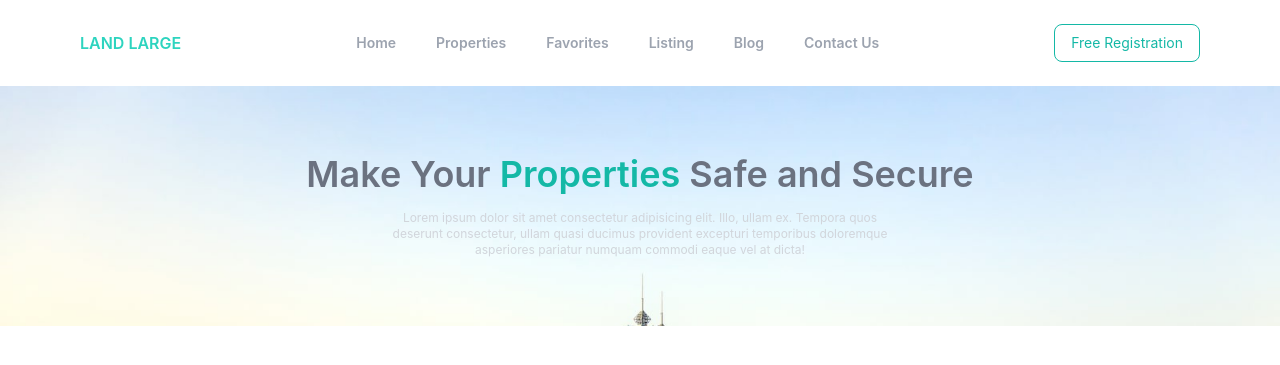
Repository: MuniruIssah/realestate
Page: /
These files come from the project's save history. The page is drawn as it stood at one moment and after a run of saves; the edit follows.
The browser window is 1280 px wide. The pictures show the whole page.
The project was rebuilt for these pictures with package versions that can differ from the ones it lists, and the page was loaded fresh each time. Also part of the build but not shown: src/App.css.

Above is the page before, as saved 2022-02-19 22:02:17.

### src/App.js
import logo from './logo.svg';
import './App.css';
import Header from './components/Header';
import Jumbotron from './components/Jumbotron';

function App() {
  return (
    <div className="h-screen">
      <Header/>
      <Jumbotron/>

    </div>
  );
}

export default App;

### src/components/Header.js
import React from "react";
const links = [
  "Home",
  "Properties",
  "Favorites",
  "Listing",
  "Blog",
  "Contact Us",
];
const Header = () => {
  return (
    <div className="flex justify-between items-center px-3 lg:px-20 py-6">
      <span className="uppercase text-teal-400  font-semibold">land large</span>
      <div className="hidden lg:flex space-x-10 items-center">
        {links.map((link, index) => (
          <LinkItem key={index} name={link} />
        ))}
      </div>
      <button className="text-teal-500 border border-teal-500 rounded rounded-lg py-2 px-4 text-sm">
          Free Registration
      </button>
    </div>
  );
};

export default Header;

const LinkItem = ({ name }) => {
  return (
    <a href="#" className="text-gray-400 hover:text-teal-500 font-semibold text-sm">
      {name}
    </a>
  );
};

### src/components/Jumbotron.js
import React from "react";
import building from "../assets/building_cloud.jpg";
const Jumbotron = () => {
  return (
    <div
      style={{ backgroundImage: `url(${building})` }}
      className="h-1/3 flex flex-col justify-center items-center space-y-4 w-full  bg-no-repeat bg-cover"
    >
      <span className="lg:text-4xl text-gray-500 text-center font-semibold">
        Make Your <span className="text-teal-500">Properties</span> Safe and
        Secure
      </span>
      <p className="text-gray-300 text-xs text-center max-w-lg">
        Lorem ipsum dolor sit amet consectetur adipisicing elit. Illo, ullam ex.
        Tempora quos deserunt consectetur, ullam quasi ducimus provident
        excepturi temporibus doloremque asperiores pariatur numquam commodi
        eaque vel at dicta!
      </p>
    </div>
  );
};

export default Jumbotron;

Loaded but not shown: public/index.html (common file); src/index.js (common file); src/index.css (common file); src/reportWebVitals.js (common file); tailwind.config.js (common file)

After the next 2 saves:
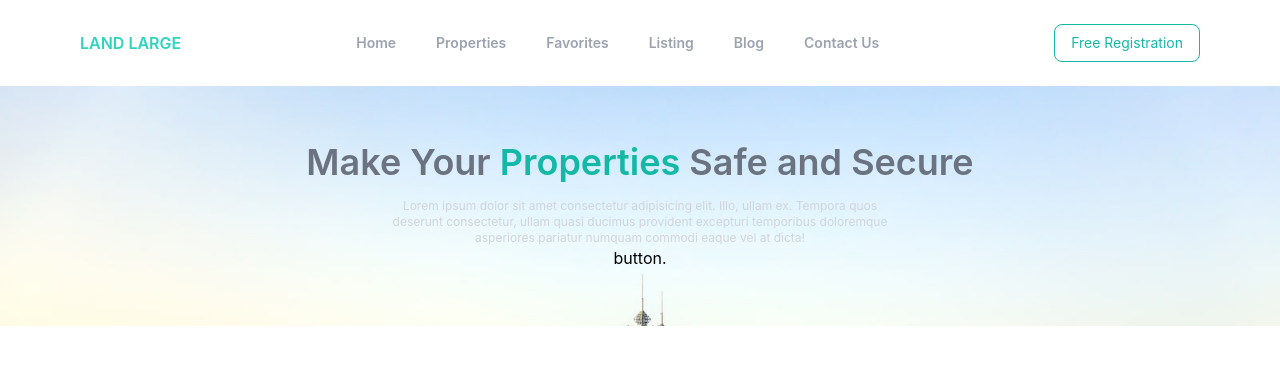
The 2 saves are shown as one change because they came seconds apart.
The last was saved 16 s later.
--- a/src/components/Jumbotron.js
+++ b/src/components/Jumbotron.js
@@ -16,6 +16,7 @@ const Jumbotron = () => {
         excepturi temporibus doloremque asperiores pariatur numquam commodi
         eaque vel at dicta!
       </p>
+      button.
     </div>
   );
 };
